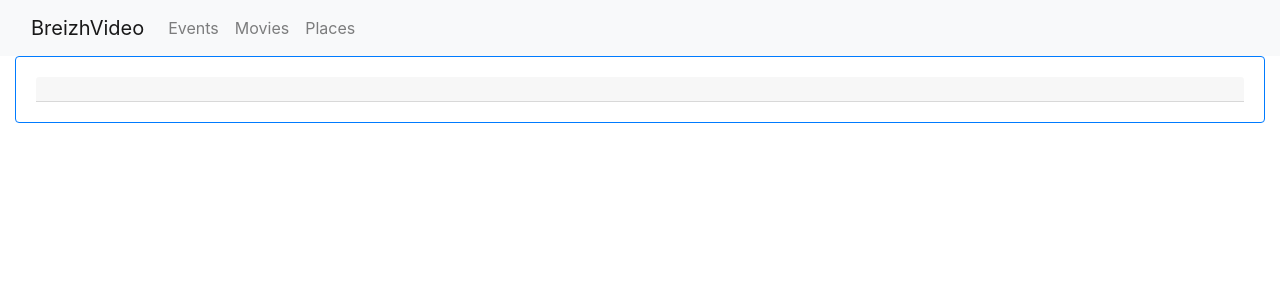
Repository: romgrm/Hackaton_BreizhVideo_FRONT
Page: /Events
These files come from the project's save history. The page is drawn as it stood at one moment and after a run of saves; the edit follows.
The browser window is 1280 px wide. The pictures show the whole page.
The page's requests for data from a server got no answer. Some web libraries are served in a nearby version. The project was rebuilt for these pictures with package versions that can differ from the ones it lists, and the page was loaded fresh each time. No one was signed in, and anything a server would have sent is missing. Also part of the build but not shown: src/Components/Films.js, src/Components/Village.js.

Above is the page before, as saved 2020-12-21 20:08:27.

### public/index.html
<!DOCTYPE html>
<html lang="en">
  <head>
    <meta charset="utf-8" />
    <link rel="icon" href="%PUBLIC_URL%/favicon.ico" />
    <meta name="viewport" content="width=device-width, initial-scale=1" />
    <meta name="theme-color" content="#000000" />
    <meta
      name="description"
      content="Web site created using create-react-app"
    />
    <link rel="apple-touch-icon" href="%PUBLIC_URL%/logo192.png" />

    <link rel="manifest" href="%PUBLIC_URL%/manifest.json" />

    <title>React App</title>
  </head>
  <body>
    <noscript>You need to enable JavaScript to run this app.</noscript>
    <div id="root"></div>
    <script src="https://kit.fontawesome.com/f66925acc9.js" crossorigin="anonymous"></script>
  </body>
</html>

### src/index.js
import React from 'react';
import ReactDOM from 'react-dom';
import App from './App';
import {BrowserRouter} from 'react-router-dom'


ReactDOM.render(
  <BrowserRouter>
    <App />
  </BrowserRouter>,
  document.getElementById('root')
);

### src/App.js
import bootstrap from '../node_modules/bootstrap/dist/css/bootstrap.min.css'
import Header from './Components/Header'
import {Switch, Route} from 'react-router-dom'
import Films from './Components/Films'
import Events from './Components/Events';
import Village from './Components/Village';


function App() {
  return (
    <>
    <Header />
    <Switch>
      <Route path="/Events" component={Events} />
      <Route path="/Movies" component={Films} />
      <Route path="/Places" component={Village} />
      <Route path="/" />
    </Switch>
    </>
  );
}

export default App;

### src/Components/Header.js
import React from 'react'
import {Link} from 'react-router-dom'

export default function Header() {
    return (
        <nav className="navbar navbar-expand-lg navbar-light bg-light">
  <div className="container-fluid">
    <Link className="navbar-brand" to="/">BreizhVideo</Link>
    <button className="navbar-toggler" type="button" data-bs-toggle="collapse" data-bs-target="#navbarNav" aria-controls="navbarNav" aria-expanded="false" aria-label="Toggle navigation">
      <span className="navbar-toggler-icon"></span>
    </button>
    <div className="collapse navbar-collapse" id="navbarNav">
      <ul className="navbar-nav">
        <li className="nav-item">
          <Link className="nav-link" to="/Events">Events</Link>
        </li>
        <li className="nav-item">
          <Link className="nav-link" to="/Movies">Movies</Link>
        </li>
        <li className="nav-item">
          <Link className="nav-link" to="/Places">Places</Link>
        </li>
      </ul>
    </div>
  </div>
</nav>
    )
}

### src/Components/Events.js
import React, { useState, useEffect } from 'react'
import axios from 'axios'

export default function Events() {

    const [event, setEvent] = useState([]);

    useEffect(() => {

        async function fetchData() {

            const url1 = await axios('http://localhost:8080/Preference');
            setEvent(url1.data)
            console.log(event)
        }

        fetchData();
    }, []);

    return (
        <div className="container-fluid text-center ">
            <div className="card border-primary">

                <div className="card-body">
                    <div className="card-header">
                        {event.map((current) => (
                            <h1 key={current.id}> Passage à {current.representations.village.name}, le {current.representations.release_date}</h1>
                        ))}
                    </div>
                    <div className="card-text">
                        {event.map((current) => (
                            <p key={current.id}> Film 1 : {current.films.title}</p>
                        ))}
                    </div>
                </div>

            </div>
        </div>
    )
}

After the next 2 saves:
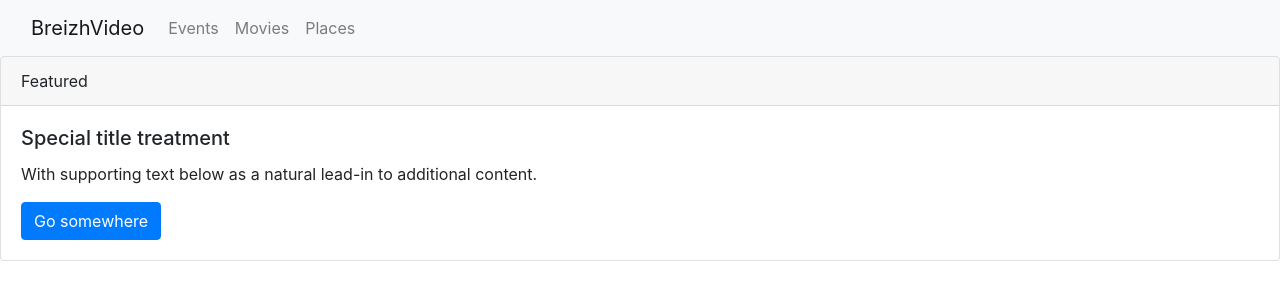
The 2 saves are shown as one change because 1 did not build or start.
The last was saved 101 s later.
--- a/src/Components/Events.js
+++ b/src/Components/Events.js
@@ -18,23 +18,33 @@ export default function Events() {
     }, []);
 
     return (
-        <div className="container-fluid text-center ">
-            <div className="card border-primary">
+        <div class="card">
+  <div class="card-header">
+    Featured
+  </div>
+  <div class="card-body">
+    <h5 class="card-title">Special title treatment</h5>
+    <p class="card-text">With supporting text below as a natural lead-in to additional content.</p>
+    <a href="#" class="btn btn-primary">Go somewhere</a>
+  </div>
+</div>
+        // <div className="container-fluid text-center ">
+        //     <div className="card border-primary">
 
-                <div className="card-body">
-                    <div className="card-header">
-                        {event.map((current) => (
-                            <h1 key={current.id}> Passage à {current.representations.village.name}, le {current.representations.release_date}</h1>
-                        ))}
-                    </div>
-                    <div className="card-text">
-                        {event.map((current) => (
-                            <p key={current.id}> Film 1 : {current.films.title}</p>
-                        ))}
-                    </div>
-                </div>
+        //         <div className="card-body">
+        //             <div className="card-header">
+        //                 {event.map((current) => (
+        //                     <h1 key={current.id}> Passage à {current.representations.village.name}, le {current.representations.release_date}</h1>
+        //                 ))}
+        //             </div>
+        //             <div className="card-text">
+        //                 {event.map((current) => (
+        //                     <p key={current.id}> Film 1 : {current.films.title}</p>
+        //                 ))}
+        //             </div>
+        //         </div>
 
-            </div>
-        </div>
+        //     </div>
+        // </div>
     )
 }
